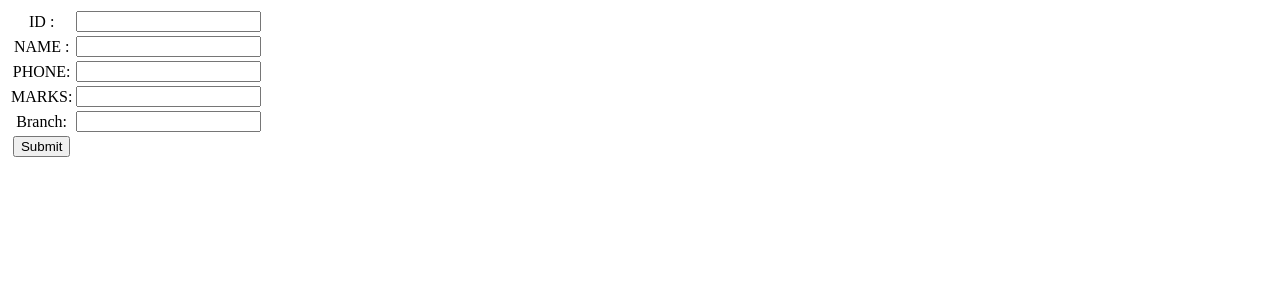
Repository: MayuriShinde124/Mayuri_20136571
Page: Question2StudentRegistrationPage/src/main/webapp/Registration.html
The author's editor kept a copy of each file at every save. The page is drawn from the files as they stood at one save, then again after the next save.
The browser window is 1280 px wide. The pictures show the whole page.

Above is the page before, as saved 2023-07-11 05:35:26.

After the next save:
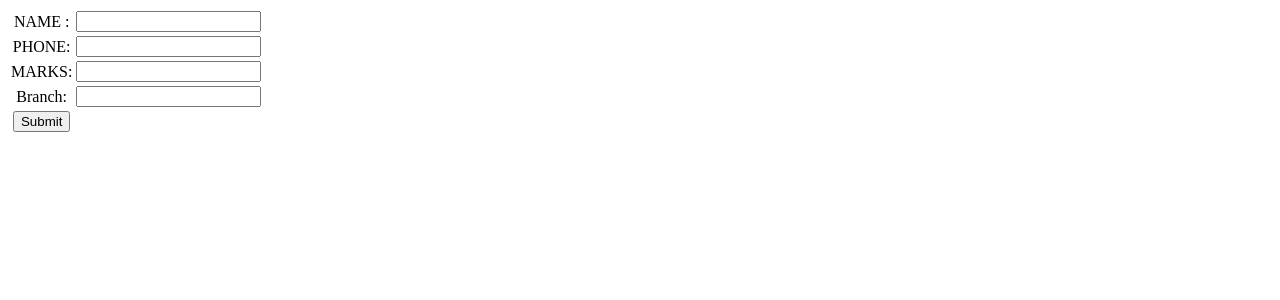
Saved 17 s later.
--- a/Question2StudentRegistrationPage/src/main/webapp/Registration.html
+++ b/Question2StudentRegistrationPage/src/main/webapp/Registration.html
@@ -7,7 +7,7 @@
 <body>
 <div style="text-align:center;">
 <form action="Register">
-<table>
+<table style="text-align:center;>
 <tr>
 <td>
 ID :

After the save that followed:
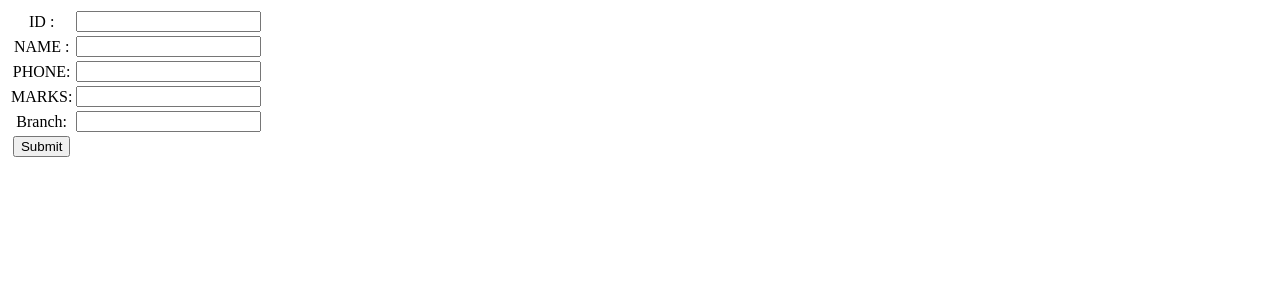
Saved 23 s later.
--- a/Question2StudentRegistrationPage/src/main/webapp/Registration.html
+++ b/Question2StudentRegistrationPage/src/main/webapp/Registration.html
@@ -7,7 +7,7 @@
 <body>
 <div style="text-align:center;">
 <form action="Register">
-<table style="text-align:center;>
+<table>
 <tr>
 <td>
 ID :
